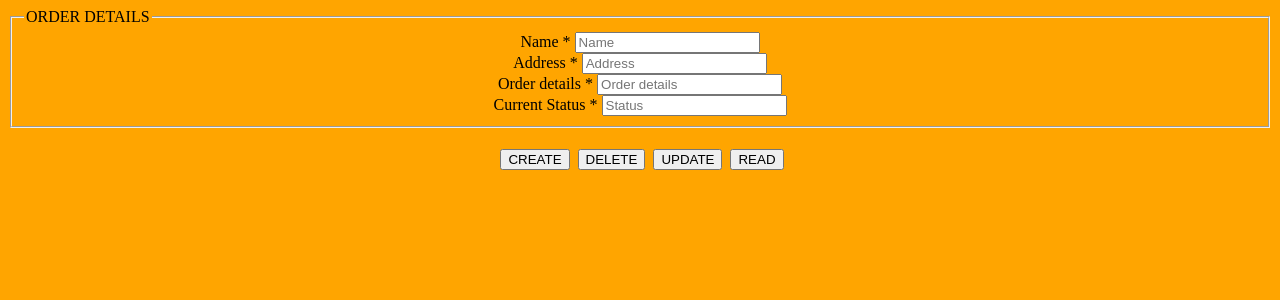
Repository: dhanasekar13/servlet
Page: shooping1/war/first.html
These files come from the project's save history. The page is drawn as it stood at one moment and after the next save; the edit follows.
The browser window is 1280 px wide. The pictures show the whole page.

Above is the page before, as saved 2017-05-10 10:27:12.

After the next save:
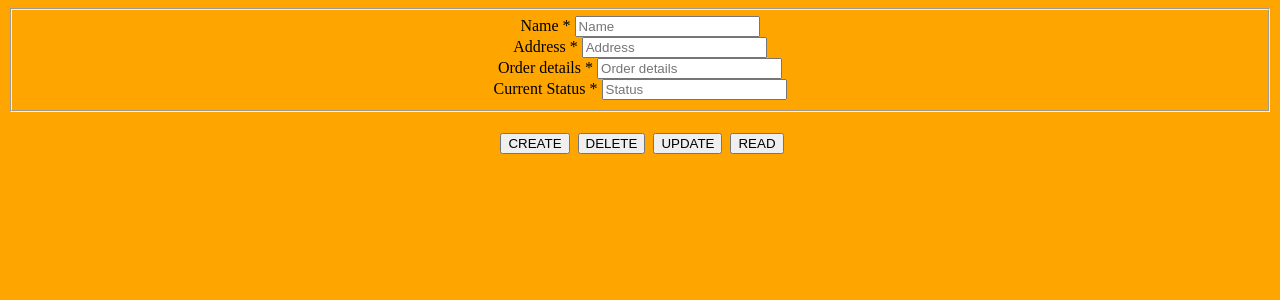
Saved 68 s later.
--- a/shooping1/war/first.html
+++ b/shooping1/war/first.html
@@ -5,7 +5,7 @@
 <center>
 <form>
 <fieldset>
- <legend>ORDER DETAILS</legend>
+
 
 
    <label>Name *</label>
